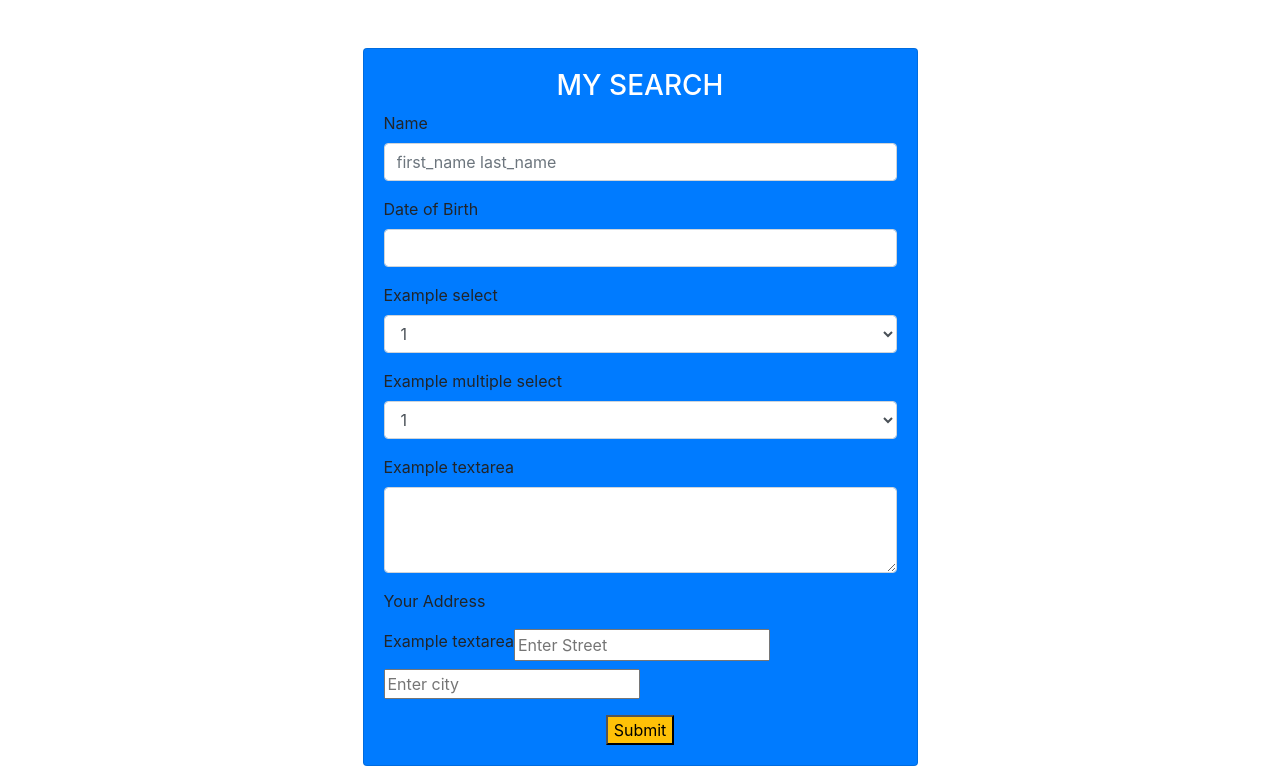
Repository: modinilesh/SpringMVC
Page: http://localhost/springmvcsearch/complex
These files come from the project's save history. The page is drawn as it stood at one moment and after the next save; the edit follows.
The browser window is 1280 px wide. The pictures show the whole page.
Some web libraries are served in a nearby version. The page is served by Tomcat 9.

Above is the page before, as saved 2023-10-20 18:04:54.

After the next save:
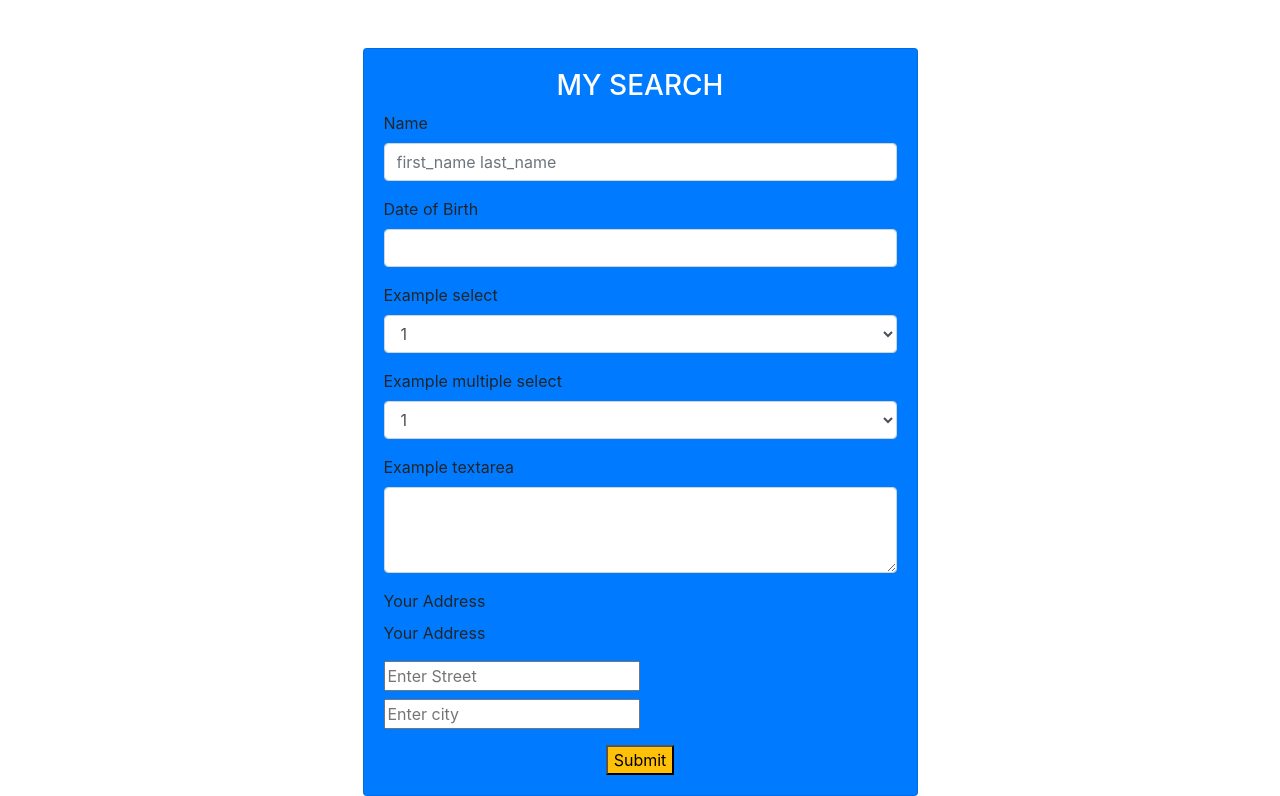
Saved 70 s later.
--- a/springmvcsearch/src/main/webapp/WEB-INF/views/complex_form.jsp
+++ b/springmvcsearch/src/main/webapp/WEB-INF/views/complex_form.jsp
@@ -65,11 +65,11 @@
 							rows="3" name="text"></textarea>
 					</div>
 
-					<div class="form-group">
+					<label for="address">Your Address</label>
+					<div class="form-group" id="address">
 						<p>Your Address</p>
 
 						<div class="card-group">
-						<label for="street">Example textarea</label>
 							<input name="street" id="street" placeholder="Enter Street" />
 						</div>
 
